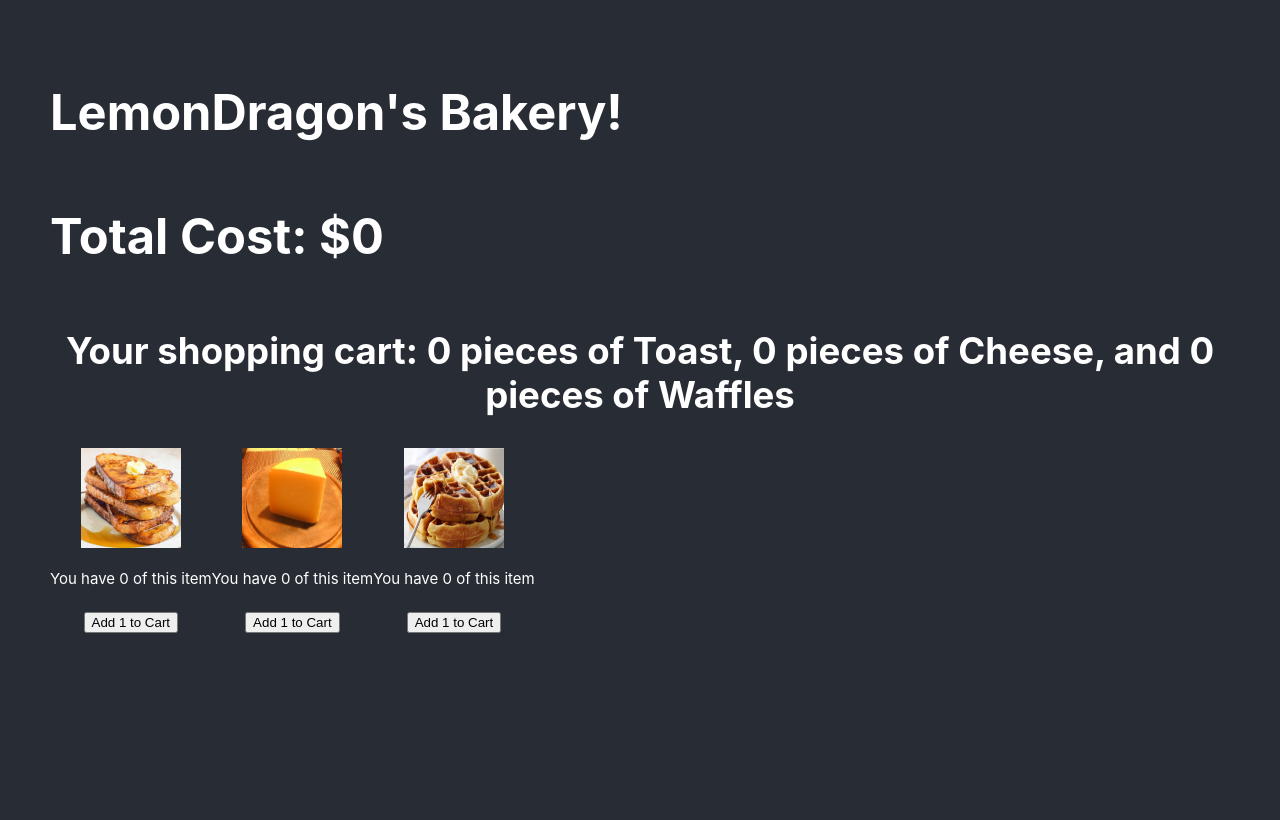
Repository: happydragon200/development
Page: /
An editor plug-in stored every save of this project. The page is shown before and after the next save, followed by the edit.
The browser window is 1280 px wide. The pictures show the whole page.
The project was rebuilt for these pictures with package versions that can differ from the ones it lists, and the page was loaded fresh each time.

Above is the page before, as saved 2022-12-01 20:59:50.

### src/App.js
import React, { useState } from 'react'
import baguette from './images/baguette.jpg'
import toast from './images/toast.png'
import cheese from './images/cheese.jpg'
import waffle from './images/waffle.jpg'
import Container from 'react-bootstrap/Container';
import Nav from 'react-bootstrap/Nav';
import Navbar from 'react-bootstrap/Navbar';
import NavDropdown from 'react-bootstrap/NavDropdown';
import './App.css'

function App() {
  return (
    <div className="App">
      <header className="App-header">
        <h1>LemonDragon's Bakery!</h1>
        <Menu />
      </header>
    </div>
  )
}

function BasicExample() {
  return (
    <Navbar bg="light" expand="lg">
      <Container>
        <Navbar.Brand href="#home">React-Bootstrap</Navbar.Brand>
        <Navbar.Toggle aria-controls="basic-navbar-nav" />
        <Navbar.Collapse id="basic-navbar-nav">
          <Nav className="me-auto">
            <Nav.Link href="#home">Home</Nav.Link>
            <Nav.Link href="#link">Link</Nav.Link>
            <NavDropdown title="Dropdown" id="basic-nav-dropdown">
              <NavDropdown.Item href="#action/3.1">Action</NavDropdown.Item>
              <NavDropdown.Item href="#action/3.2">
                Another action
              </NavDropdown.Item>
              <NavDropdown.Item href="#action/3.3">Something</NavDropdown.Item>
              <NavDropdown.Divider />
              <NavDropdown.Item href="#action/3.4">
                Separated link
              </NavDropdown.Item>
            </NavDropdown>
          </Nav>
        </Navbar.Collapse>
      </Container>
    </Navbar>
  );
}

function Menu() {
  const [toast_count, toast_setcount] = useState(0)
  const [cheese_count, cheese_setcount] = useState(0)
  const [waffle_count, waffle_setcount] = useState(0)

  const toast_price = 5
  const cheese_price = 10
  const waffle_price = 100

  const [type, setType] = useState('ALL')

  var foods = [
    {
      name: 'toast',
      type: 'bread',
      price: 5,
      img: { toast },
      count: { toast_count },
    },
    {
      name: 'cheese',
      type: 'protein',
      price: 10,
      img: { cheese },
      count: { cheese_count },
    },
    {
      name: 'waffle',
      type: 'bread',
      price: 100,
      img: { waffle },
      count: { waffle_count },
    },
  ]

  return (
    <>
      <h1>
        Total Cost: $
        {toast_count * toast_price +
          cheese_count * cheese_price +
          waffle_count * waffle_price}
      </h1>
      <h2>
        Your shopping cart: {toast_count} pieces of Toast, {cheese_count} pieces
        of Cheese, and {waffle_count} pieces of Waffles
      </h2>

      <div className="flex-parent">
        <BakeryItem
          className="inline"
          img={toast}
          count={toast_count}
          setCount={toast_setcount}
        />
        <BakeryItem
          className="inline"
          img={cheese}
          count={cheese_count}
          setCount={cheese_setcount}
        />
        <BakeryItem
          className="inline"
          img={waffle}
          count={waffle_count}
          setCount={waffle_setcount}
        />
      </div>
    </>
  )
}

function BakeryItem(prop) {
  const { img, count, setCount } = prop

  return (
    <div>
      <img src={img} className="Item-small" />
      <p className="smull">You have {count} of this item</p>
      <button onClick={() => setCount(count + 1)}>Add 1 to Cart</button>

      {count > 0 && (
        <button onClick={() => setCount(count - 1)}>Remove 1 from Cart</button>
      )}
    </div>
  )
}

export default App

### src/App.css
.App {
  text-align: center;
}

.App-logo {
  height: 40vmin;
  pointer-events: none;
}

@media (prefers-reduced-motion: no-preference) {
  .App-logo {
    animation: App-logo-spin infinite 20s linear;
  }
}

.App-header {
  background-color: #282c34;
  min-height: 100vh;
  display: flex;
  flex-direction: column;
  align-items: flex-start;
  justify-content: flex-start;
  font-size: calc(10px + 2vmin);
  padding: 50px 50px 50px 50px;
  color: white;
}

.App-link {
  color: #61dafb;
}

.Item-small {
  height: 100px;
  width: 100px;
}

.inline {
  justify-content: space-around;
}

.flex-parent {
  display: flex;
  justify-content: space-around;

}

.smull {
  font-size: 15px;
}

@keyframes App-logo-spin {
  from {
    transform: rotate(0deg);
  }
  to {
    transform: rotate(360deg);
  }
}

Loaded but not shown: public/index.html (common file); src/index.js (common file); src/index.css (common file)

After the next save:
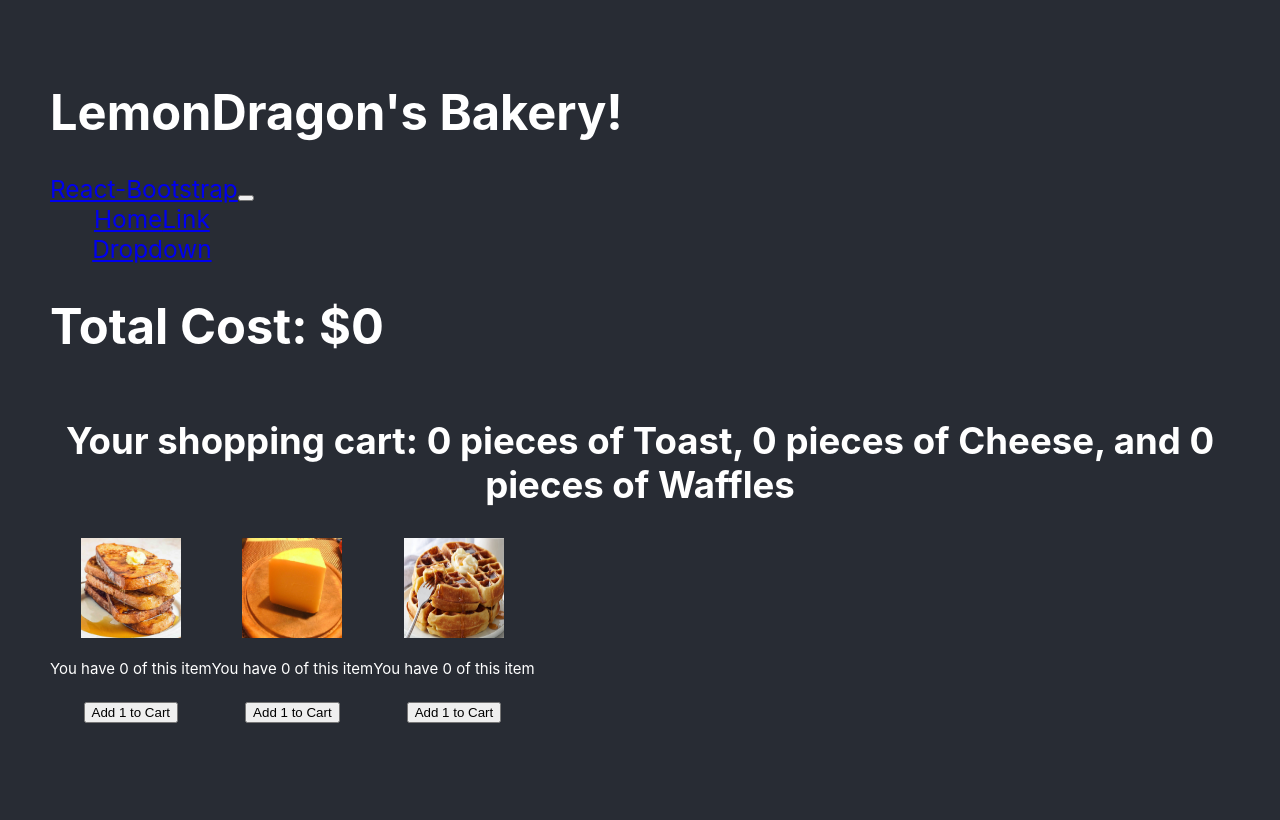
Saved 10 s later.
--- a/src/App.js
+++ b/src/App.js
@@ -3,10 +3,10 @@
 import toast from './images/toast.png'
 import cheese from './images/cheese.jpg'
 import waffle from './images/waffle.jpg'
-import Container from 'react-bootstrap/Container';
-import Nav from 'react-bootstrap/Nav';
-import Navbar from 'react-bootstrap/Navbar';
-import NavDropdown from 'react-bootstrap/NavDropdown';
+import Container from 'react-bootstrap/Container'
+import Nav from 'react-bootstrap/Nav'
+import Navbar from 'react-bootstrap/Navbar'
+import NavDropdown from 'react-bootstrap/NavDropdown'
 import './App.css'
 
 function App() {
@@ -14,6 +14,7 @@
     <div className="App">
       <header className="App-header">
         <h1>LemonDragon's Bakery!</h1>
+        <BasicExample />
         <Menu />
       </header>
     </div>
@@ -45,7 +46,7 @@
         </Navbar.Collapse>
       </Container>
     </Navbar>
-  );
+  )
 }
 
 function Menu() {

After the save that followed:
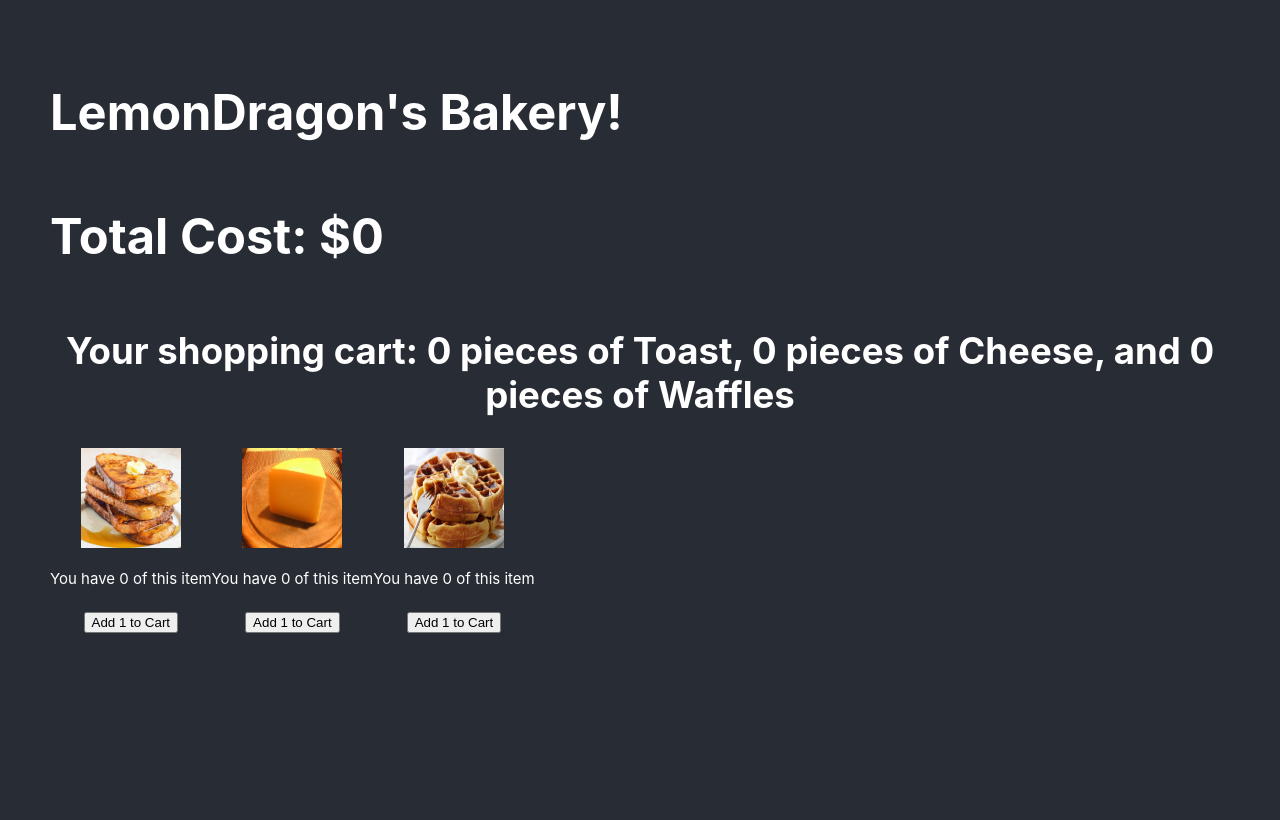
Saved 91 s later.
--- a/src/App.js
+++ b/src/App.js
@@ -14,7 +14,7 @@
     <div className="App">
       <header className="App-header">
         <h1>LemonDragon's Bakery!</h1>
-        <BasicExample />
+        {/* <BasicExample /> */}
         <Menu />
       </header>
     </div>
